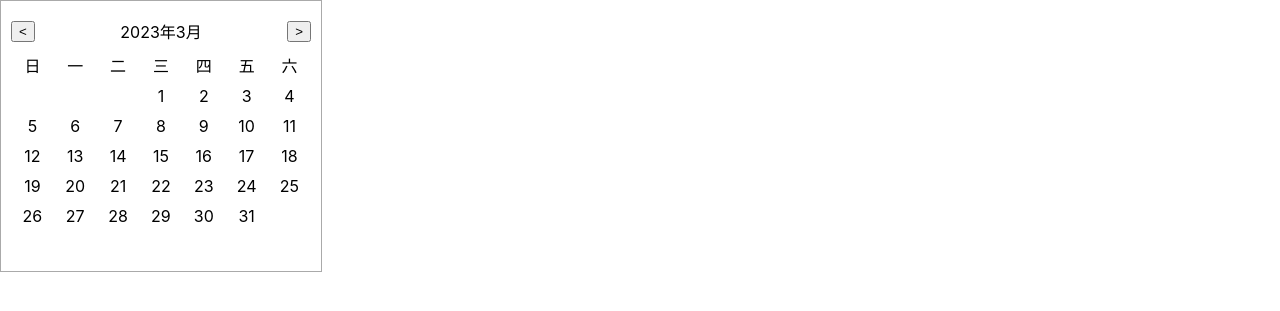
Repository: yychuiyan/calendar
Page: /
An editor plug-in stored every save of this project. The page is shown before and after the next save, followed by the edit.
The browser window is 1280 px wide. The pictures show the whole page.
The project was rebuilt for these pictures with package versions that can differ from the ones it lists, and the page was loaded fresh each time.

Above is the page before, as saved 2023-07-20 13:43:13.

After the next save:
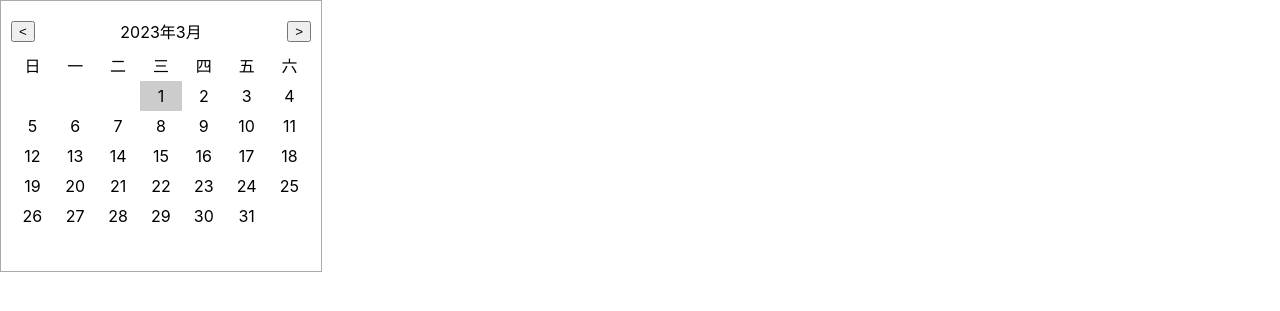
Saved 2 s later.
--- a/src/component/index.css
+++ b/src/component/index.css
@@ -23,7 +23,7 @@
   line-height: 30px;
 }
 
-.day:hover,.selectd {
+.day:hover,.selected {
   background-color: #ccc;
   cursor: pointer;
 }
